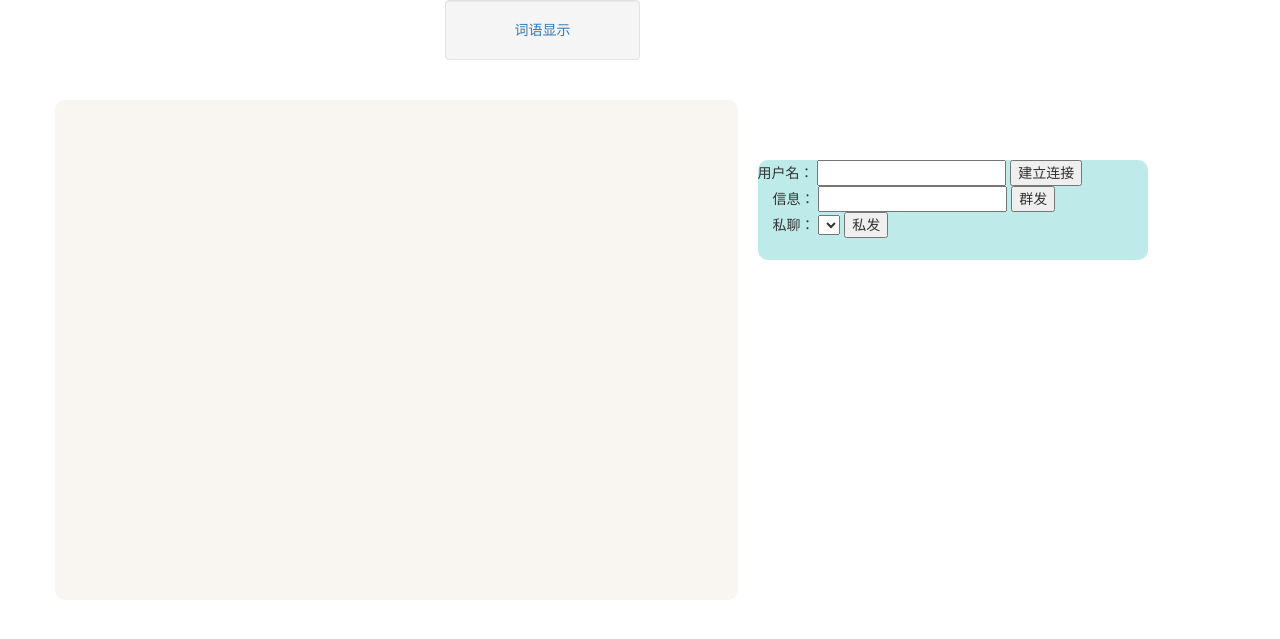
Repository: eheihaha2/whoisthespy-
Page: webDemo/WebContent/room.html
These files come from the project's save history. The page is drawn as it stood at one moment and after the next save; the edit follows.
The browser window is 1280 px wide. The pictures show the whole page.

Above is the page before, as saved 2020-02-26 01:57:14.

### webDemo/WebContent/room.html
<!DOCTYPE html>
<html>
<head>
	<script type="text/javascript" src="js/jquery-1.11.0.min.js"></script>
<script type="text/javascript" src="js/bootstrap.js"></script>
<link rel="stylesheet" href="css/bootstrap.css">
<style type="text/css">
	.show{
			margin-right:0;
			background-color:#f9f6f2;
			height: 500px;
			margin-top:20px;
			border-radius: 10px;
		}
		.mss{
			background-color:#beebe9;
			height:100px;
			margin-left:20px;;
			margin-top:80px;
			border-radius: 10px;
		}
}
</style>
	<title></title>
</head>
<body>
	<div class="container">
	<div class="row">
		<div class="well text-center text-primary col-md-2 	col-sm-2 col-md-offset-4">词语显示</div>
	</div>
		<div class="row">
			<div class="col-md-7 col-sm-7 show">
				<div class="info">
				<span class="name"></span>
				<span class="msg"></span>
				</div>
      			<h4 class="userinfo"></h4>
     		</div>
     		<div class="col-md-4 col-sm-4 mss">
     			<div class="row">
				<span>用户名：</span>
      			<input type="text" name="username"/>
     			<button id="connBtn">建立连接</button><br />
     			</div>
			<span>信息：</span>
     		<input type="text" name="info"/>
      		<button id="subBtnAll">群发</button><br />
			<span>私聊：</span>
     		<select id="userList">
			</select>
			<button id="subBtn">私发</button>
			</div>
		</div>
	</div>
</body>
<script type="text/javascript">
	var ws=null;
	var username=null;
	var url="ws://localhost:8080/webDemo/chatRoom/";
		// 后续的消息添加都是用其做二次克隆
      	var info = $(".info").clone();
		//点击建立连接的按钮
      	$("#connBtn").on("click",function(){
      		if("WebSocket" in window){
      			username = $("input[name='username']").val();
      			ws = new WebSocket(url+username);
      			//有了webSocket连接对象之后，我就开始监听消息
      			//服务器端的所有消息都会来到这
      			ws.onmessage = function(evt){
      				var received_msg = evt.data;
      				var jsonReceive_msg = JSON.parse(received_msg);
      				var head = jsonReceive_msg.head;//获得服务器数据，解析数据获得数据类型
      				var data =jsonReceive_msg.data;//真正的data所在
      				switch (head) {
      					case "sendAll":
      					sendAll(data);
      						break;
      					case "sendTo":
      					sendTo(data);
      						break;
      					case "onLine":
      					onLine(data);
      						break;
      					case "userList":
      					userList(data);
      						break;
      					default:
      						break;
      				}
      			}
      		}else{
      			alert("您的浏览器不支持 WebSocket!");
      		}
      	})

      	//细节定义每种功能的数据接口
      	//构建JSON格式发送给服务器：{from:来自谁,msg:消息本身}
      	function sendAll(data){
      		var infoDiv = info.clone();//这个就是我要渲染的dom节点
      		//用于把从服务器端获得的JSON字符串的data解析为原生JS值
      		//var jsonData=JSON.parse(data);
      		infoDiv.find(".name").text("来自于："+data.from+"(群发)");
      		infoDiv.find(".msg").text(data.msg);
      		$(".info").parent().append(infoDiv);
      	}
      	// 构建JSON格式发送给服务器：{from:来自谁,msg:消息本身}
      	function sendTo(data){
      		var infoDiv = info.clone();//这个就是我要渲染的dom节点
      		infoDiv.find(".name").text("来自于："+data.from+"(私发)");
      		infoDiv.find(".msg").text(data.msg);
      		$(".info").parent().append(infoDiv);
      	}
      	// 构建JSON格式发送给服务器：{name:上线人姓名}
      	function onLine(data){
      	//$(".userinfo").empty();
      	console.log(data);
      	$(".userinfo").append("【"+data.name+"上线了】");
      	}
      	// 构建JSON格式发送给服务器：[用户1,用户2]
      	function userList(data){
      		$("#userList").empty();
      		var jsonData=JSON.parse(data);
      		$("#userList").append("<option>请选择</option>");
      		$.each(jsonData,function(index,item){
      			$("#userList").append("<option value="+item+">"+item+"</option>");
      		})
      	}

      	//点击群发按钮
      	$("#subBtnAll").on("click",function(){
      		//var sentName = $("input[name='username']").val();
      		var msg = $("input[name='info']").val();
      		console.log(msg);
      		var jsonMsg={
      			"head":"sendAll",
      			"data":msg
      			//"from":sentName,
      			//"msg":msg
      		}
      		console.log(jsonMsg);
      		//var subAllEnd =JSON.stringify(jsonMsg);
      		ws.send(JSON.stringify(jsonMsg));
      	})
      	//点击私发按钮
      	$("#subBtn").on("click",function(){
      		var msg=$("input[name=info]").val();
      		var toUser=$("#userList").val();
      		console.log(toUser);
      		var jsonMsg={
      			"head":"sendTo",
      			"data":{
      				"to":toUser,
      				"msg":msg
      			}
      		}
      		console.log(jsonMsg);
      		ws.send(JSON.stringify(jsonMsg));
      	})
</script>
</html>

Loaded but not shown: webDemo/WebContent/js/jquery-1.11.0.min.js (library); webDemo/WebContent/js/bootstrap.js (library); webDemo/WebContent/css/bootstrap.css (library)

After the next save:
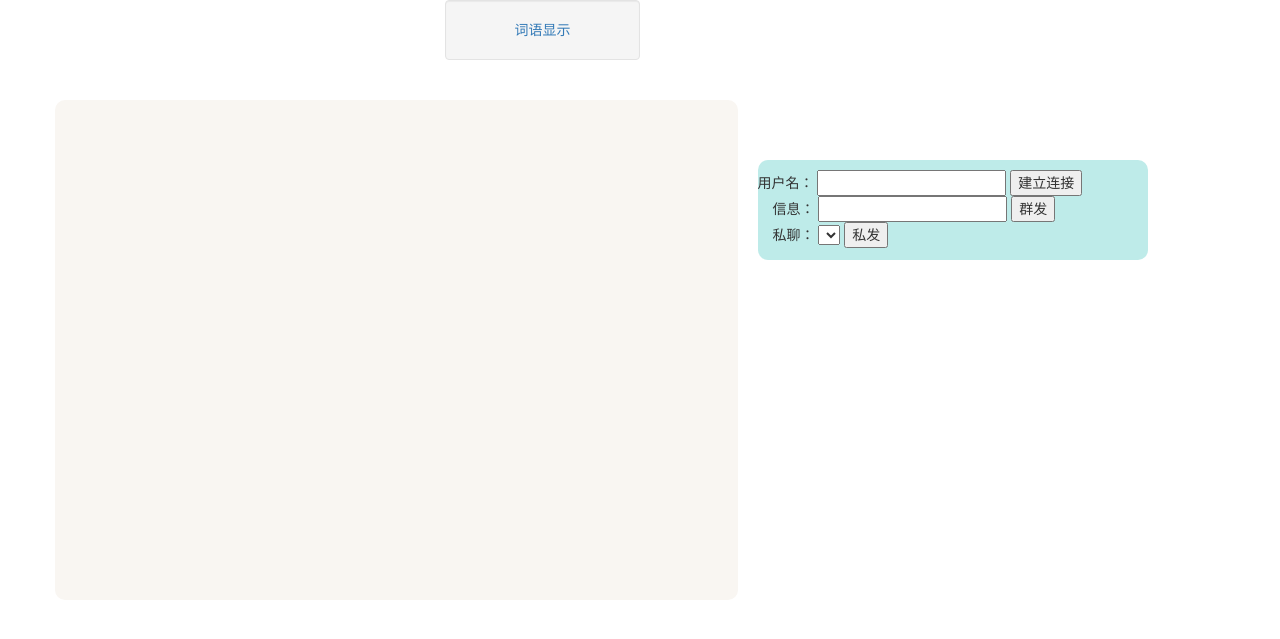
Saved 18 s later.
--- a/webDemo/WebContent/room.html
+++ b/webDemo/WebContent/room.html
@@ -13,6 +13,7 @@
 			border-radius: 10px;
 		}
 		.mss{
+			padding-top:10px;
 			background-color:#beebe9;
 			height:100px;
 			margin-left:20px;;
